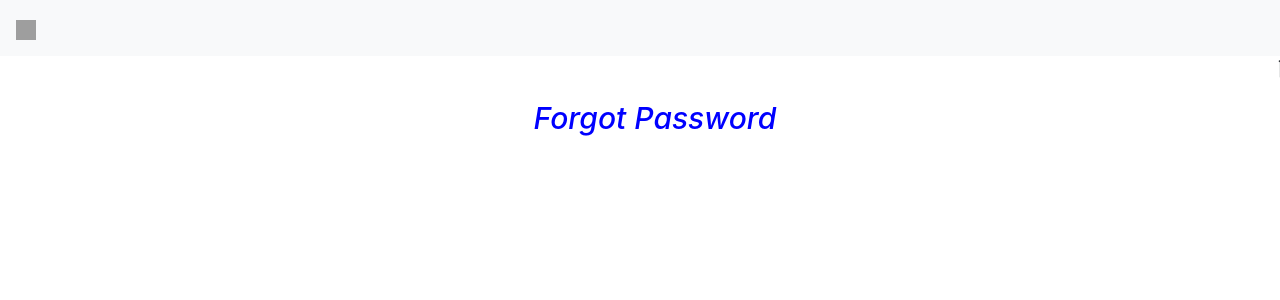
Repository: siri548/Karyakartha
Page: forgotPage.html
The author's editor kept a copy of each file at every save. The page is drawn from the files as they stood at one save, then again after a run of saves.
The browser window is 1280 px wide. The pictures show the whole page.
Pictures or frames that could not be fetched are drawn as grey boxes.

Above is the page before, as saved 2023-11-04 15:43:56.
Console error (its wording comes from the project's code and is left out).

After the next 3 saves:
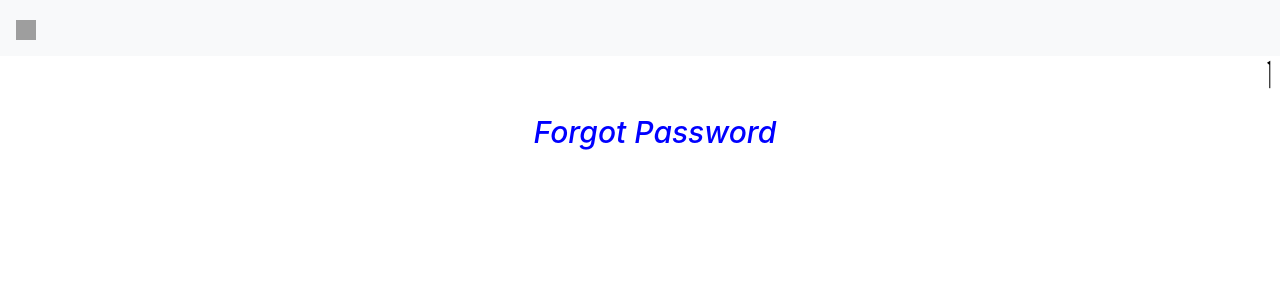
The 3 saves are shown as one change because they came seconds apart.
The last was saved 15 s later.
--- a/forgotPage.html
+++ b/forgotPage.html
@@ -36,7 +36,7 @@
         </nav>
         <div class="text-center forgotPage-card">
             <div class="text-right">
-                <i class=" forgotfal fa-times"></i>
+                <i class="forgotPage-closeIcon fal fa-times"></i>
             </div>
 
             <h1 class="forgotHeading">Forgot Password</h1>
